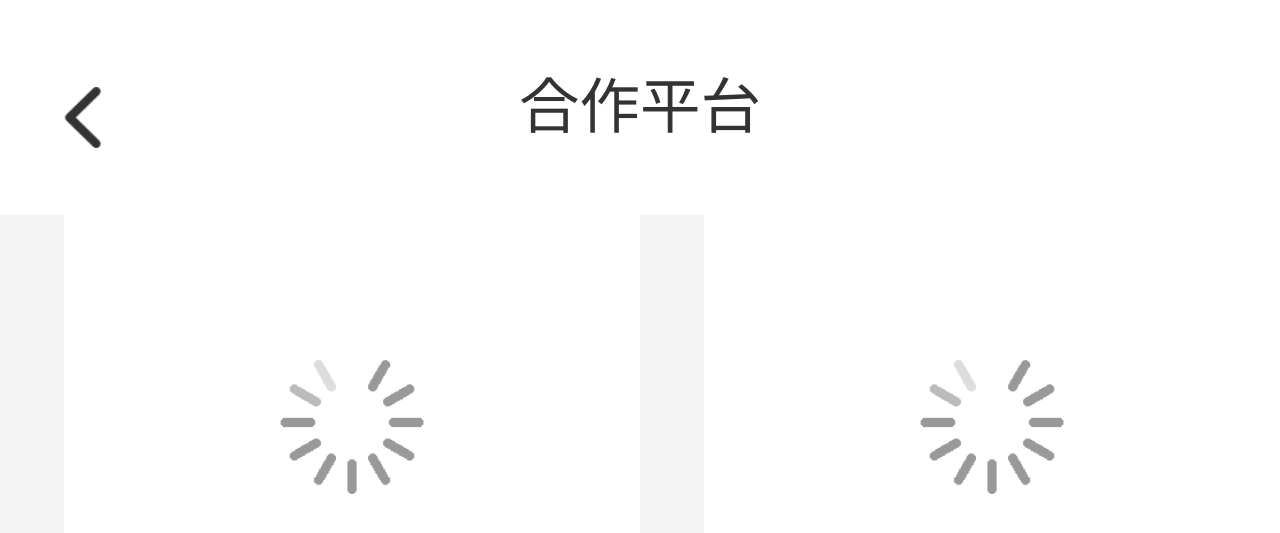
Repository: GgoodBoy/js-object
Page: jquery懒加载/platObj/platForm.html
An editor plug-in stored every save of this project. The page is shown before and after the next save, followed by the edit.
The browser window is 1280 px wide. The pictures show the whole page.
An inner scrolling area shows only its first screen. Some web libraries are served in a nearby version.

Above is the page before, as saved 2019-10-15 15:43:16.

### jquery懒加载/platObj/platForm.html
<!DOCTYPE html PUBLIC "-//WAPFORUM//DTD XHTML Mobile 1.0//EN" "http://www.wapforum.org/DTD/xhtml-mobile10.dtd">
<html>
<head>
  <meta charset="utf-8">
  <meta name="viewport" content="width=device-width,initial-scale=1.0,maximum-scale=1.0,minimum=1.0,user-scalable=no">
  <meta name="format-detection" content="telephone=no, email=no">
  <meta name="apple-mobile-web-app-capable" content="yes">
  <meta http-equiv="Content-Security-Policy" content="script-src 'self' *.alicdn.com *.qq.com *.wx.qq.com *.7moor.com * *.youfushuyuan.com *.xueguoxue.com *.sohu.com 'unsafe-inline' 'unsafe-eval'">

</head>

<body>
  <div id="platFormId">
    <div class="titleNav">
        <img class="imgInf" src="./img/returnImg.png"/>
        合作平台
    </div>
    <div class="platList">
        <ul></ul>
    </div>
  </div>
</body>
<script src="http://libs.baidu.com/jquery/2.0.0/jquery.min.js"></script>
<script>
!(function(doc, win) {
    var docEle = doc.documentElement,
        evt = "onorientationchange" in window ? "orientationchange" : "resize",
        fn = function() {
            var width = docEle.clientWidth;
            width && (docEle.style.fontSize = Math.ceil(42 * (width / 320)) + "px");
        };
    win.addEventListener(evt, fn, false);
    doc.addEventListener("DOMContentLoaded", fn, false);

}(document, window));
</script>
<script>
    $(function(){
        $(".imgInf").click(function(){
            window.history.back(-1);
        });


        var JSON = [1,2,3,4,5,5,6,77,,8,9,2,3,4,5,5,6,77,,8,9,2,3,4,5,5,6,77,,8,9];
        var parentsDom = $(".platList ul");
        var imgListAjax = ()=>{
            $.each(JSON,function(index,data){
                parentsDom.append(`
                <li>
                    <img data-original="${data}" src="./img/longs.gif" />
                </li>
                `)
            });
        }
        imgListAjax();
    });
</script>
<style>
html{
    -ms-text-size-adjust: 100%;
    -webkit-text-size-adjust: 100%;
    background: 0 0;
    color: #000;
    -moz-user-select: none;
    -khtml-user-select: none;
    user-select: none;
    width: 100%;
    height: 100%;
}
body{
    width: 100%;
    height: 100%;
    margin: 0;
}
#platFormId{
    background: #F4F4F4;
    overflow: hidden;
}
#platFormId .titleNav{
    text-align: center;
    width: 100%;
    height: 1.28rem;
    font-size: 0.36rem;
    line-height: 1.28rem;
    color: #333333;
    background: #fff;
    position: relative;
}
#platFormId .titleNav .imgInf{
    position: absolute;
    left: 0.3rem;
    width: 0.36rem;
    bottom: 0.4rem;
}
#platFormId .platList{
    height: calc(100vh - 1.28rem);
    overflow: scroll;
}
#platFormId .platList ul{
    zoom: 1;
    overflow: inherit;
    margin: 0;
    padding: 0;
    box-sizing: border-box
}
#platFormId .platList ul li{
    float: left;
    width: 45%;
    margin-left: 5%;
    list-style: none;
}
#platFormId .platList ul li img{
    width: 100%;
}
</style>
</html>

After the next save:
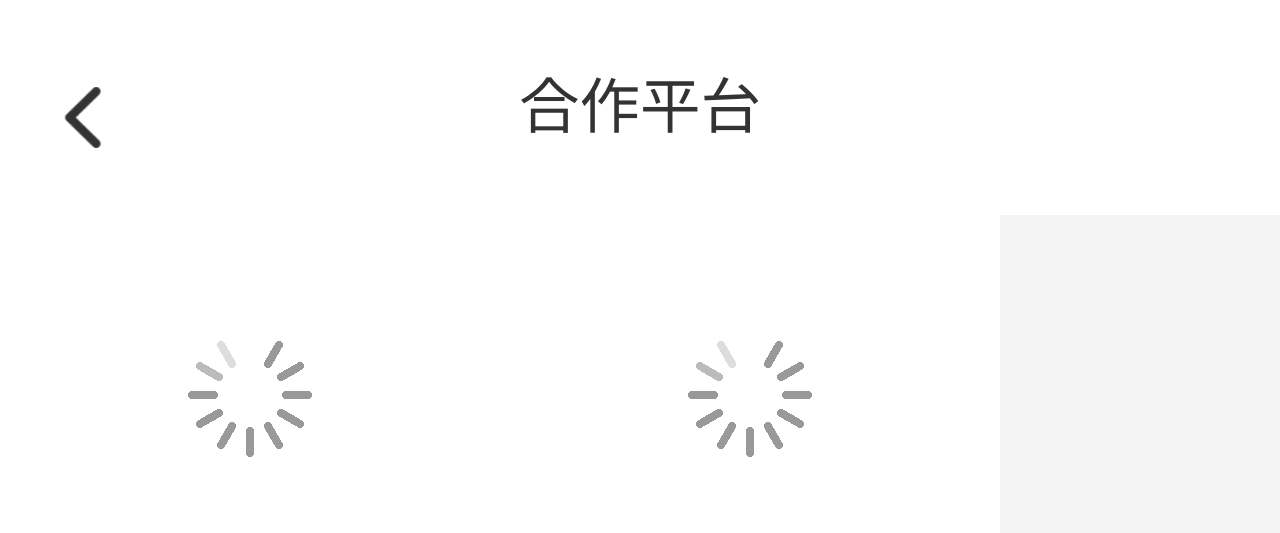
Saved 2 min 0 s later.
--- a/jquery懒加载/platObj/platForm.html
+++ b/jquery懒加载/platObj/platForm.html
@@ -105,8 +105,6 @@
 }
 #platFormId .platList ul li{
     float: left;
-    width: 45%;
-    margin-left: 5%;
     list-style: none;
 }
 #platFormId .platList ul li img{
